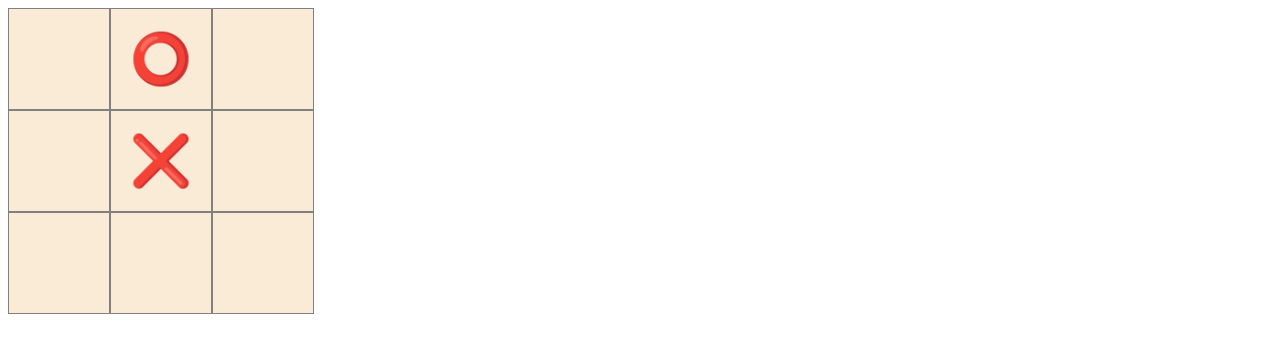
Repository: Wydumn/Frontend-02-Template
Page: week09/TicTacToe.html
An editor plug-in stored every save of this project. The page is shown before and after the next save, followed by the edit.
The browser window is 1280 px wide. The pictures show the whole page.

Above is the page before, as saved 2020-08-27 21:52:27.

After the next save:
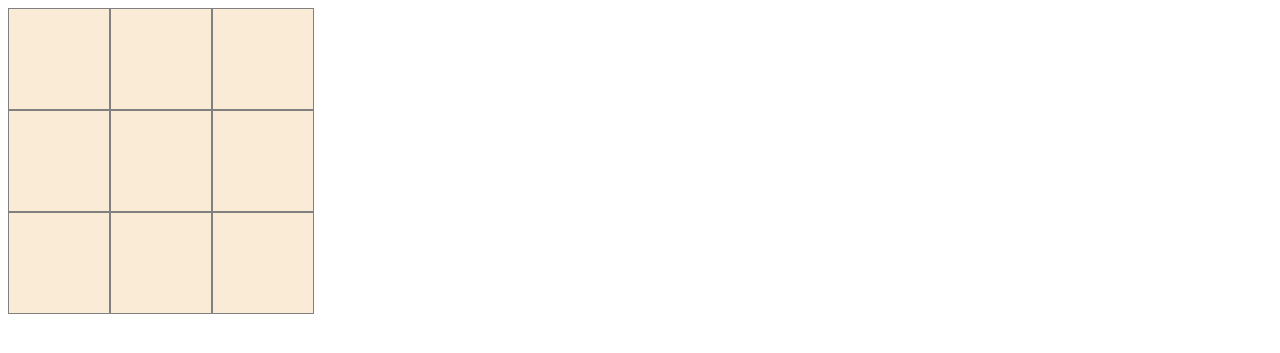
Saved 5 min 29 s later.
--- a/week09/TicTacToe.html
+++ b/week09/TicTacToe.html
@@ -40,8 +40,8 @@
                 for (let j = 0; j < pattern[i].length; j++) {
                     let cell = document.createElement("div");
                     cell.classList.add("cell");
-                    cell.innerText = pattern[i][j] == 1 ? "❌" :
-                        pattern[i][j] === 2 ? "⭕" : "";
+                    cell.innerText = pattern[i * 3 + j] == 1 ? "❌" :
+                        pattern[i * 3 + j] === 2 ? "⭕" : "";
                     // 3. 添加点击事件
                     cell.addEventListener("click", () => move(j, i));
                     board.appendChild(cell);
@@ -52,7 +52,7 @@
 
         // 交替落子
         function move(x, y) {
-            pattern[y][x] = color;
+            pattern[y * 3 + x] = color;
             if (check(pattern, color)) {
                 alert(color == 2 ? "⭕ is winner!" : "❌ is winner!");
             }
@@ -68,7 +68,7 @@
             for (let i = 0; i < 3; i++) {
                 let win = true;
                 for (let j = 0; j < 3; j++) {
-                    if (pattern[i][j] !== color) {
+                    if (pattern[i * 3 + j] !== color) {
                         win = false;
                     }
                 }
@@ -78,7 +78,7 @@
             for (let i = 0; i < 3; i++) {
                 let win = true;
                 for (let j = 0; j < 3; j++) {
-                    if (pattern[j][i] !== color) {
+                    if (pattern[j * 3 + i] !== color) {
                         win = false;
                     }
                 }
@@ -88,7 +88,7 @@
             {
                 let win = true;
                 for (let j = 0; j < 3; j++) {
-                    if (pattern[j][2-j] !== color) {
+                    if (pattern[j * 3 + 2-j] !== color) {
                         win = false;
                     }
                 }
@@ -98,7 +98,7 @@
             {
                 let win = true;
                 for (let j = 0; j < 3; j++) {
-                    if(pattern[j][j] !== color) {
+                    if(pattern[j * 3 + j] !== color) {
                         win = false;
                     }
                 }
@@ -117,10 +117,10 @@
         function willWin(pattern, color) {
             for (let i = 0; i < 3; i++) {
                 for (let j = 0; j < 3; j++) {
-                    if (pattern[i][j])
+                    if (pattern[i * 3 + j])
                         continue;
                     let tmp = clone(pattern);
-                    tmp[i][j] = color;
+                    tmp[i * 3 + j] = color;
                     if (check(tmp, color)) {
                         return [j, i]
                     }
@@ -143,10 +143,10 @@
             let point = null;
             for (let i = 0; i < 3; i++) {
                 for (let j = 0; j < 3; j++) {
-                    if (pattern[i][j])
+                    if (pattern[i * 3 + j])
                         continue;
                     let tmp = clone(pattern);
-                    tmp[i][j] = color;
+                    tmp[i * 3 + j] = color;
                     let r = bestChoice(tmp, 3 - color).result;
 
                     if (-r > result) {
